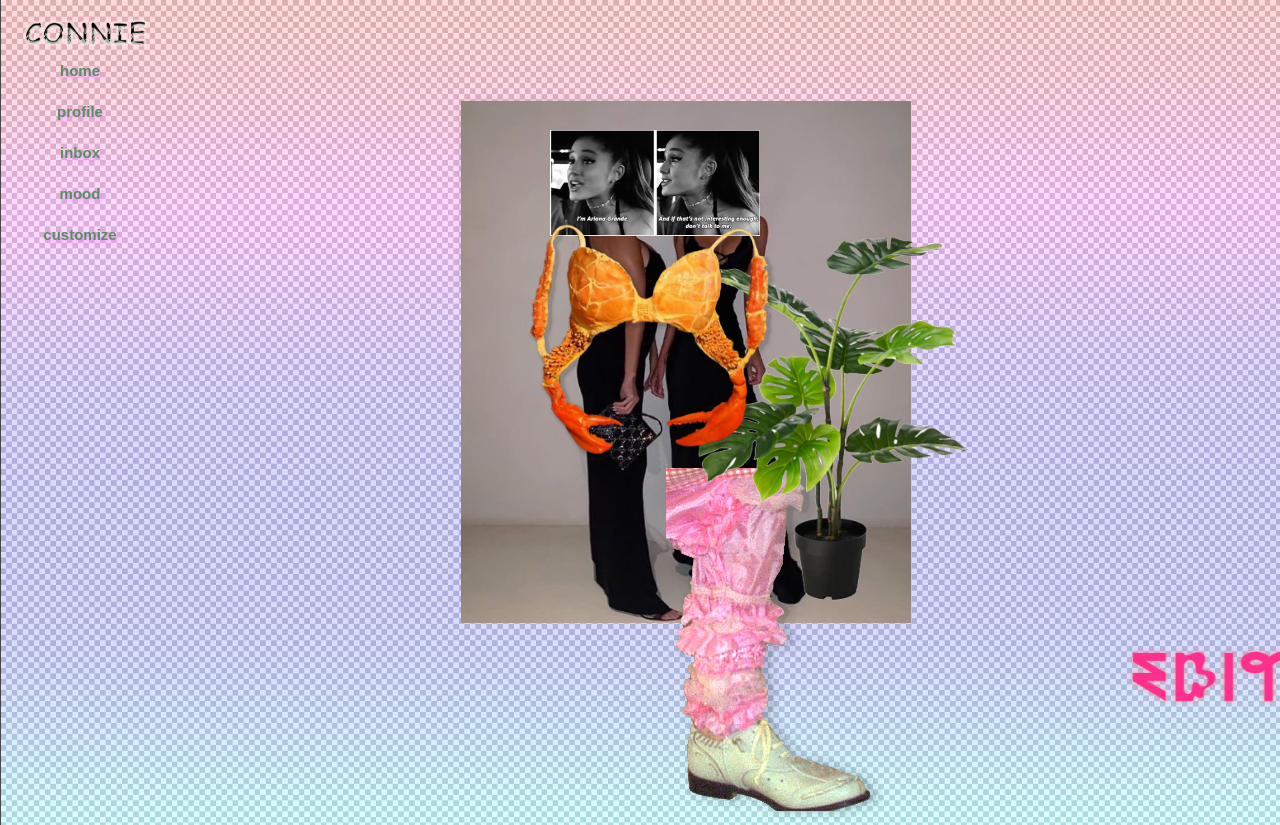
Repository: xuc009/xuc009.github.io
Page: track12/index.html
The author's editor kept a copy of each file at every save. The page is drawn from the files as they stood at one save, then again after the next save.
The browser window is 1280 px wide. The pictures show the whole page.
Some web fonts or font styles are not loaded; a fallback is used. Some web libraries are served in a nearby version.

Above is the page before, as saved 2018-12-08 16:56:30.

After the next save:
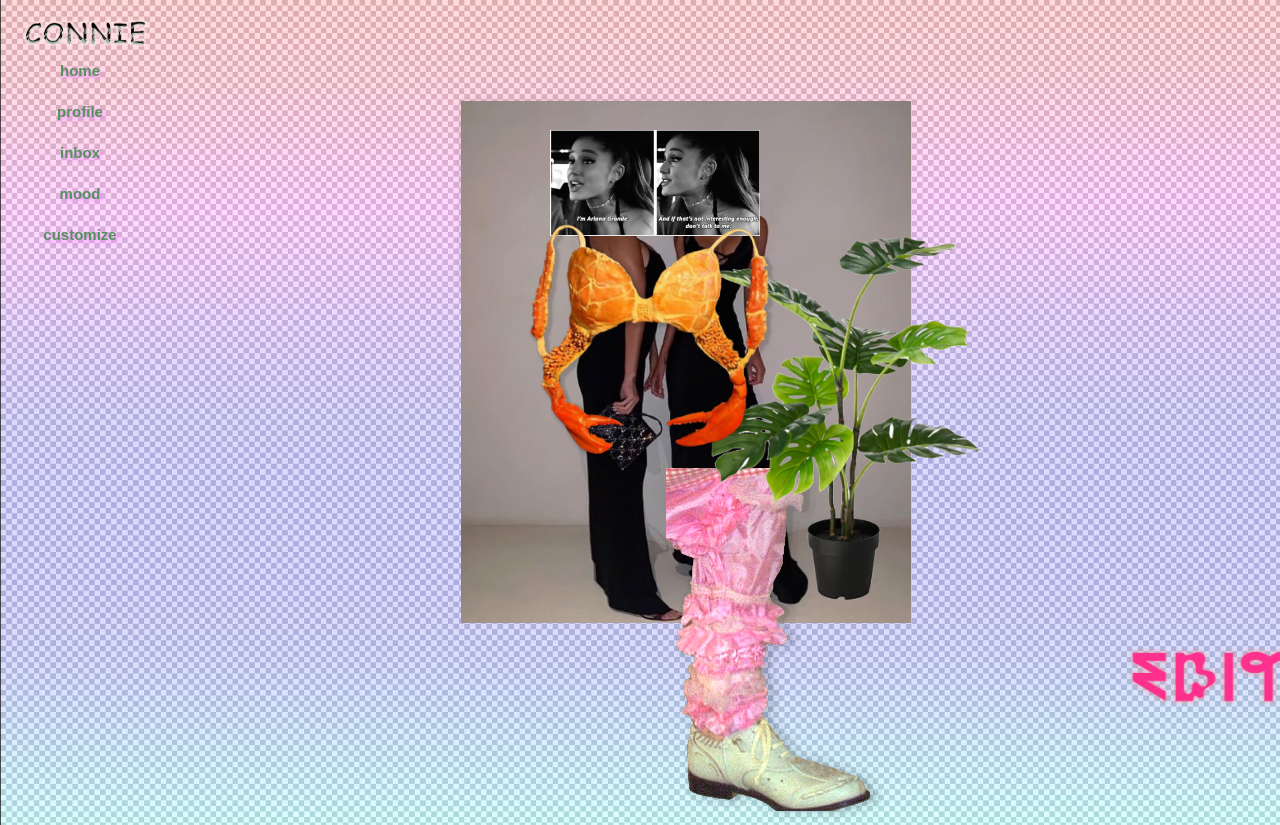
Saved 5 s later.
--- a/track12/assets/css/styles.css
+++ b/track12/assets/css/styles.css
@@ -82,7 +82,7 @@
 #draggable4{
     position: absolute;
     top: 30%;
-    left: 50%;
+    left: 51%;
     cursor: move;
     border: none;
     box-shadow: 5px 5px 10px #807d7d;
